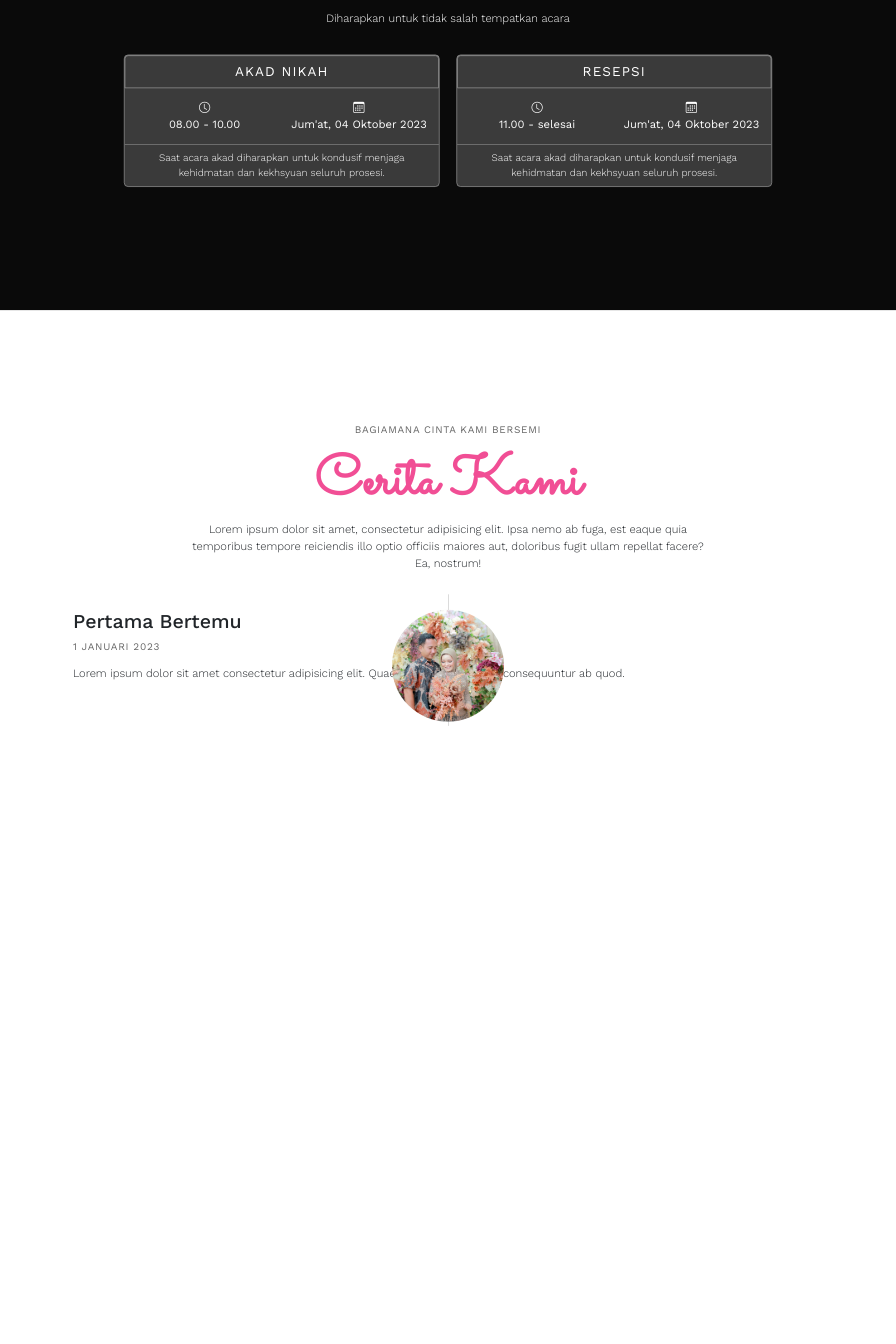
Repository: sellayspy/invitation
Page: index.html
The author's editor kept a copy of each file at every save. The page is drawn from the files as they stood at one save, then again after the next save.
The browser window is 1280 px wide. The pictures show the part of the page from y = 2080 to 4000 px (the page is 4000 px tall), at 70% of full size.

Above is the page before, as saved 2024-07-08 19:24:21.

### index.html
<!DOCTYPE html>
<html lang="en">
  <head>
    <meta charset="utf-8" />
    <meta name="viewport" content="width=device-width, initial-scale=1" />
    <title>Dela & Roni</title>
    <link
      href="https://cdn.jsdelivr.net/npm/bootstrap@5.3.3/dist/css/bootstrap.min.css"
      rel="stylesheet"
      integrity="sha384-QWTKZyjpPEjISv5WaRU9OFeRpok6YctnYmDr5pNlyT2bRjXh0JMhjY6hW+ALEwIH"
      crossorigin="anonymous"
    />
    <link rel="preconnect" href="https://fonts.googleapis.com" />
    <link rel="preconnect" href="https://fonts.gstatic.com" crossorigin />
    <link
      href="https://fonts.googleapis.com/css2?family=Sacramento&family=Work+Sans:ital,wght@0,100..900;1,100..900&display=swap"
      rel="stylesheet"
    />

    <!--Simple Coutdown-->
    <link rel="stylesheet" href="coutdown/simplyCountdown.theme.default.css" />
    <script src="coutdown/simplyCountdown.min.js"></script>

    <!--Custom CSS Icon-->
    <link rel="stylesheet" href="https://cdn.jsdelivr.net/npm/bootstrap-icons@1.11.3/font/bootstrap-icons.min.css">

    <link rel="stylesheet" href="style.css" />
  </head>
  <body>
    <section
      id="hero"
      class="hero w-100 h-100 p-3 mx-auto text-center d-flex justify-content-center align-items-center text-white"
    >
      <main>
        <h4>Kepada Bapak/Ibu/Saudara/i,</h4>
        <h1>Dela Sri Aprialini & Roni Sahroni</h1>
        <p>Akan melangsungkan resepsi pernikahan dalam:</p>
        <div class="simply-countdown"></div>
        <a href="#undangan" class="btn btn-lg mt-4">Lihat Undangan</a>
      </main>
    </section>

    <nav class="navbar navbar-expand-md bg-transparent sticky-top mynavbar">
      <div class="container">
        <a class="navbar-brand" href="#">Spy</a>
        <button
          class="navbar-toggler border-0"
          type="button"
          data-bs-toggle="offcanvas"
          data-bs-target="#offcanvasNavbar"
          aria-controls="offcanvasNavbar"
          aria-label="Toggle navigation"
        >
          <span class="navbar-toggler-icon"></span>
        </button>
        <div
          class="offcanvas offcanvas-end"
          tabindex="-1"
          id="offcanvasNavbar"
          aria-labelledby="offcanvasNavbarLabel"
        >
          <div class="offcanvas-header">
            <h5 class="offcanvas-title" id="offcanvasNavbarLabel">Spy</h5>
            <button
              type="button"
              class="btn-close"
              data-bs-dismiss="offcanvas"
              aria-label="Close"
            ></button>
          </div>
          <div class="offcanvas-body">
            <div class="navbar-nav ms-auto">
              <a class="nav-link" href="#home">Home</a>
              <a class="nav-link" href="#info">Info</a>
              <a class="nav-link" href="#story">Story</a>
              <a class="nav-link" href="#gallery">Gallery</a>
              <a class="nav-link" href="#rsvp">RSVP</a>
              <a class="nav-link" href="#gifts">Gifts</a>
            </div>
          </div>
        </div>
      </div>
    </nav>

    <section id="home" class="home">
      <div class="container">
        <div class="row justify-content-center">
          <div class="col-md-8 text-center">
            <h2>Acara Pernikahan</h2>
            <h3>
              Diselenggarakan pada 04 oktober 2024 di Tasikmalaya, Jawa Barat
            </h3>
            <p>
              Oleh karena itu, dengan segala hormat, kami bermaksud untuk
              mengundang Bapak/Ibu, Saudara/i, untuk hadir pada acara pernikahan
              kami.
            </p>
          </div>
        </div>

        <div class="row couple">
          <div class="col-lg-6">
            <div class="row">
              <div class="col-8 text-end">
                <h3>Roni Sahroni</h3>
                <p>
                  Lorem ipsum dolor, sit amet consectetur adipisicing elit. Quis
                  rerum qui, placeat harum quod saepe eius necessitatibus sunt
                  doloremque! Aperiam, laborum doloribus quos sit et adipisci
                  molestias iure sunt dolorum?
                </p>
                <p>
                  Putra dari Bpk. Lorem <br />
                  dan Ibu Ipsum
                </p>
              </div>
              <div class="col-4">
                <img
                  src="img/Desain tanpa judul (1).jpg"
                  alt="Roni Sahroni"
                  class="img-responsive rounded-circle"
                />
              </div>
            </div>
          </div>

          <span class="heart"><i class="bi bi-heart-fill"></i></span>

          <div class="col-lg-6">
            <div class="row">
              <div class="col-4">
                <img
                  src="img/Desain tanpa judul (2).jpg"
                  alt="Dela Sri"
                  class="img-responsive rounded-circle"
                />
              </div>
              <div class="col-8">
                <h3>Dela Sri</h3>
                </h3>
                <p>
                  Lorem ipsum dolor, sit amet consectetur adipisicing elit. Quis
                  rerum qui, placeat harum quod saepe eius necessitatibus sunt
                  doloremque! Aperiam, laborum doloribus quos sit et adipisci
                  molestias iure sunt dolorum?
                </p>
                <p>
                  Putra dari Bpk. Lorem <br />
                  dan Ibu Ipsum
                </p>
              </div>
            </div>
          </div>
        </div>
      </div>
    </section>

    <section id="info" class="info">
      <div class="container">
        <div class="row justify-content-center">
          <div class="col-md-8 col-10 text-center">
            <h2>Informasi Acara</h2>
            <p class="alamat">Alamat: Gedung Kologdam, Kodiklat TNI AL AD. <br> Jl. Kologdam No. 1, Kec. Bandung</p>
            <a href="https://maps.app.goo.gl/j2RVmCKoAZy6CYFM9" target="_blank" class="btn btn-light btn-sm my-3">Klik untuk membuka peta</a>
            <p class="description">Diharapkan untuk tidak salah tempatkan acara</p>
          </div>
        </div>

        <div class="row justify-content-center mt-4">
          <div class="col-md-5 col-10">
            <div class="card text-center text-bg-light mb-5">
         <div class="card-header">Akad Nikah</div>
              <div class="card-body">
                <div class="row justify-content-center">
                  <div class="col-md-6">
                    <i class="bi bi-clock d-block"></i>
                    <span>08.00 - 10.00</span>
                  </div>
                  <div class="col-md-6">
                    <i class="bi bi-calendar3 d-block"></i>
                    <span>Jum'at, 04 Oktober 2023</span>
                  </div>
                </div>
             </div>
         <div class="card-footer">
          Saat acara akad diharapkan untuk kondusif menjaga kehidmatan dan kekhsyuan seluruh prosesi.
        </div>
          </div>
          </div>

          <div class="col-md-5 col-10">
            <div class="card text-center text-bg-light">
         <div class="card-header">Resepsi</div>
              <div class="card-body">
                <div class="row justify-content-center">
                  <div class="col-md-6">
                    <i class="bi bi-clock d-block"></i>
                    <span>11.00 - selesai</span>
                  </div>
                  <div class="col-md-6">
                    <i class="bi bi-calendar3 d-block"></i>
                    <span>Jum'at, 04 Oktober 2023</span>
                  </div>
                </div>
             </div>
         <div class="card-footer">
          Saat acara akad diharapkan untuk kondusif menjaga kehidmatan dan kekhsyuan seluruh prosesi.
        </div>
          </div>
          </div>
        </div>
      </div>
    </section>

    <section id="story" class="story">
      <div class="container">
        <div class="row justify-content-center">
          <div class="col-md-8 col-10 text-center">
            <span>Bagiamana Cinta Kami Bersemi</span>
            <h2>Cerita Kami</h2>
            <p>Lorem ipsum dolor sit amet, consectetur adipisicing elit. Ipsa nemo ab fuga, est eaque quia temporibus tempore reiciendis illo optio officiis maiores aut, doloribus fugit ullam repellat facere? Ea, nostrum!</p>
          </div>
        </div>
        <div class="row">
          <div class="col">
            <ul class="timeline">
              <li>
                <div class="timeline-image" style="background-image: url(img/img-4.jpg);"></div>
                <div class="timeline-panel">
                  <div class="timeline-heading">
                  <h3>Pertama Bertemu</h3>
                  <span>1 Januari 2023</span>
                </div>
                <div class="timeline-body">
                  <p>Lorem ipsum dolor sit amet consectetur adipisicing elit. Quae modi cumque alias consequuntur ab quod.</p>
                </div>
                </div>

              </li>
            </ul>
          </div>
        </div>
      </div>
    </section>

    <script
      src="https://cdn.jsdelivr.net/npm/bootstrap@5.3.3/dist/js/bootstrap.bundle.min.js"
      integrity="sha384-YvpcrYf0tY3lHB60NNkmXc5s9fDVZLESaAA55NDzOxhy9GkcIdslK1eN7N6jIeHz"
      crossorigin="anonymous"
    ></script>

    <script>
      simplyCountdown(".simply-countdown", {
        year: 2024, // required
        month: 10, // required
        day: 4, // required
        hours: 8, // Default is 0 [0-23] integer
        words: {
          //words displayed into the countdown
          days: { singular: "hari", plural: "hari" },
          hours: { singular: "jam", plural: "jam" },
          minutes: { singular: "menit", plural: "menit" },
          seconds: { singular: "detik", plural: "detik" },
        },
      });
    </script>

    <script>

      const hamburger = document.querySelector(".navbar-toggler");

      const stickyTop = document.querySelector(".sticky-top");

      hamburger.addEventListener("click", () => {
        stickyTop.style.overflow = 'visible'
      });

      const offCanvas = document.querySelector(".offcanvas");

      offCanvas.addEventListener("hidden.bs.offcanvas", () => {
        stickyTop.style.overflow = 'hidden'
      });

    </script>
  </body>
</html>

### coutdown/simplyCountdown.theme.default.css
.simply-countdown {
  overflow: hidden;
  display: table;
  font-family: "Arial", sans-serif;
  margin: auto;
}
.simply-countdown > .simply-section {
  width: 50px;
  height: 50px;
  padding: 80px;
  display: flex;
  align-items: center;
  justify-content: center;
  float: left;
  margin: 10px;
  background: var(--pink);
  box-shadow: 0 1px 3px rgba(0, 0, 0, 0.12), 0 1px 2px rgba(0, 0, 0, 0.24);
  border-radius: 50%;
}
.simply-countdown > .simply-section .simply-amount,
.simply-countdown > .simply-section .simply-word {
  display: block;
  text-align: center;
}
.simply-countdown > .simply-section .simply-amount {
  font-size: 1.6rem;
}

### style.css
:root {
  --pink: #f14e95;

  --bg: #0a0a0a;

  --shadow: 0 2px 2px rgb(0 0 0/ 0.5);
}

body {
  font-size: 1.2rem;
  font-family: "Work Sans", sans-serif;
  min-height: 4000px;
}

.hero::before {
  content: "";
  position: absolute;
  top: 0;
  left: 0;
  height: 100%;
  width: 100%;
  background-image: url(img/gambar-1.jpg);
  background-size: cover;
  background-position: center;
  z-index: -1;
  filter: blur(2px);
}

.hero {
  position: relative;
  min-height: 100vh;
}

.hero h1,
.hero h4,
.hero p {
  text-shadow: var(--shadow);
}

.hero h1 {
  font-family: "Sacramento", cursive;
  font-size: 6rem;
}

.hero h4 {
  font-size: 1.6rem;
}

.hero p {
  font-size: 1.4rem;
}

.hero a {
  color: var(--pink);

  background-color: white;

  box-shadow: var(--shadow);
}

.hero a:hover {
  background-color: var(--pink);
  color: white;
}

.mynavbar {
  background-color: rgba(255, 255, 255, 0.4) !important;
  backdrop-filter: blur(4px);
}

.mynavbar .offcanvas {
  height: 100vh;
}

.mynavbar .navbar-brand,
.mynavbar .offcanvas-title {
  font-family: "Sacramento", cursive;
  font-size: 3.2rem;
  font-weight: bold;
}

.mynavbar .nav-link {
  text-transform: uppercase;
}

.home {
  background-image: url(img/Desain\ tanpa\ judul.png);
  background-size: cover;
  min-height: 100vh;
  margin-top: -6rem;
  padding-top: 15rem;
  padding-bottom: 5rem;
}

.home h2,
.info h2,
.story h2 {
  color: var(--pink);
  font-family: "Sacramento", cursive;
  font-size: 5rem;
  font-weight: bold;
}

.home h3 {
  color: #444;
  font-size: 1.5rem;
  margin-bottom: 1rem;
}

.home p {
  font-size: 1.1rem;
  color: #666;
}

.home .couple {
  margin-top: 100px;
}

.home .couple h3 {
  font-family: "Sacramento";
  font-size: 2.4rem;
  color: var(--pink);
}

.home .couple img {
  width: 100%;
}

.home .heart {
  width: 50px;
  height: 50px;
  background-color: white;
  display: flex;
  border-radius: 50%;
  box-shadow: 0 0 5px rgba(0, 0, 0, 0.5);
  position: absolute;
  left: 50%;
  transform: translateX(-50%) translateY(65px);
}

.home .heart i {
  margin: auto;
  color: var(--pink);
}

.info {
  background-color: var(--bg);
  color: white;
  padding-top: 10rem;
  padding-bottom: 8rem;
}

.info .alamat {
  font-size: 1.1rem;
}

.info .description {
  font-size: 1rem;
  font-weight: 300;
}

.info .card {
  background-color: rgba(255, 255, 255, 0.2) !important;
  color: white !important;
  border: 1px solid #999;
}

.info .card-header {
  border: 1px solid #999;
  text-transform: uppercase;
  letter-spacing: 0.1rem;
}

.info .card-body {
  font-size: 1rem;
}

.info .card-footer {
  border-top: 1px solid #999;
  font-size: 0.9rem;
  font-weight: 300;
}

.story {
  padding-top: 10rem;
  padding-bottom: 8rem;
}

.story span {
  text-transform: uppercase;
  color: #666;
  font-size: 0.9rem;
  letter-spacing: 1px;
  margin-bottom: 1rem;
  display: block;
}

.story p {
  font-size: 1rem;
  font-weight: 300;
}

.timeline {
  list-style: none;
  padding: 1.4rem;
  margin-top: 1rem;
  position: relative;
}

.timeline::before {
  content: "";
  top: 0;
  bottom: 0;
  position: absolute;
  width: 1px;
  background-color: #ccc;
  left: 50%;
}

.timeline li {
  margin-bottom: 1.5rem;
  position: relative;
}

.timeline li::before,
.timeline li::after {
  content: "";
  display: table;
}

.timeline li::after {
  clear: both;
}

.timeline li .timeline-image {
  width: 160px;
  height: 160px;
  background-color: #ccc;
  position: absolute;
  left: 50%;
  transform: translateX(-50%);
  border-radius: 50%;
  background-size: cover;
  background-position: center;
  background-repeat: no-repeat;
}
/* Media Query */

/* Extra large devices (large laptops and desktops, 1200px and up) */

@media (max-width: 1200px) {
  .home .heart {
    transform: translateX(-50%) translateY(45px);
  }
}

/* Laptop */
@media (max-width: 992px) {
  html {
    font-size: 75%;
  }
  .simply-countdown > .simply-section {
    padding: 70px;
  }

  .home .heart {
    display: none;
  }
}

/* Tablet */
@media (max-width: 768px) {
  html {
    font-size: 65%;
  }
  .simply-countdown > .simply-section {
    padding: 60px;
    margin: 5px;
  }

  .mynavbar .nav-link {
    font-size: 2rem;
    text-align: center;
  }

  .sticky-top {
    overflow: hidden;
  }
}

/* mobile phone */
@media (max-width: 576px) {
  html {
    font-size: 55%;
  }
  .simply-countdown > .simply-section {
    padding: 45px;
    margin: 3px;
  }
}

Loaded but not shown: coutdown/simplyCountdown.min.js (library)

After the next save:
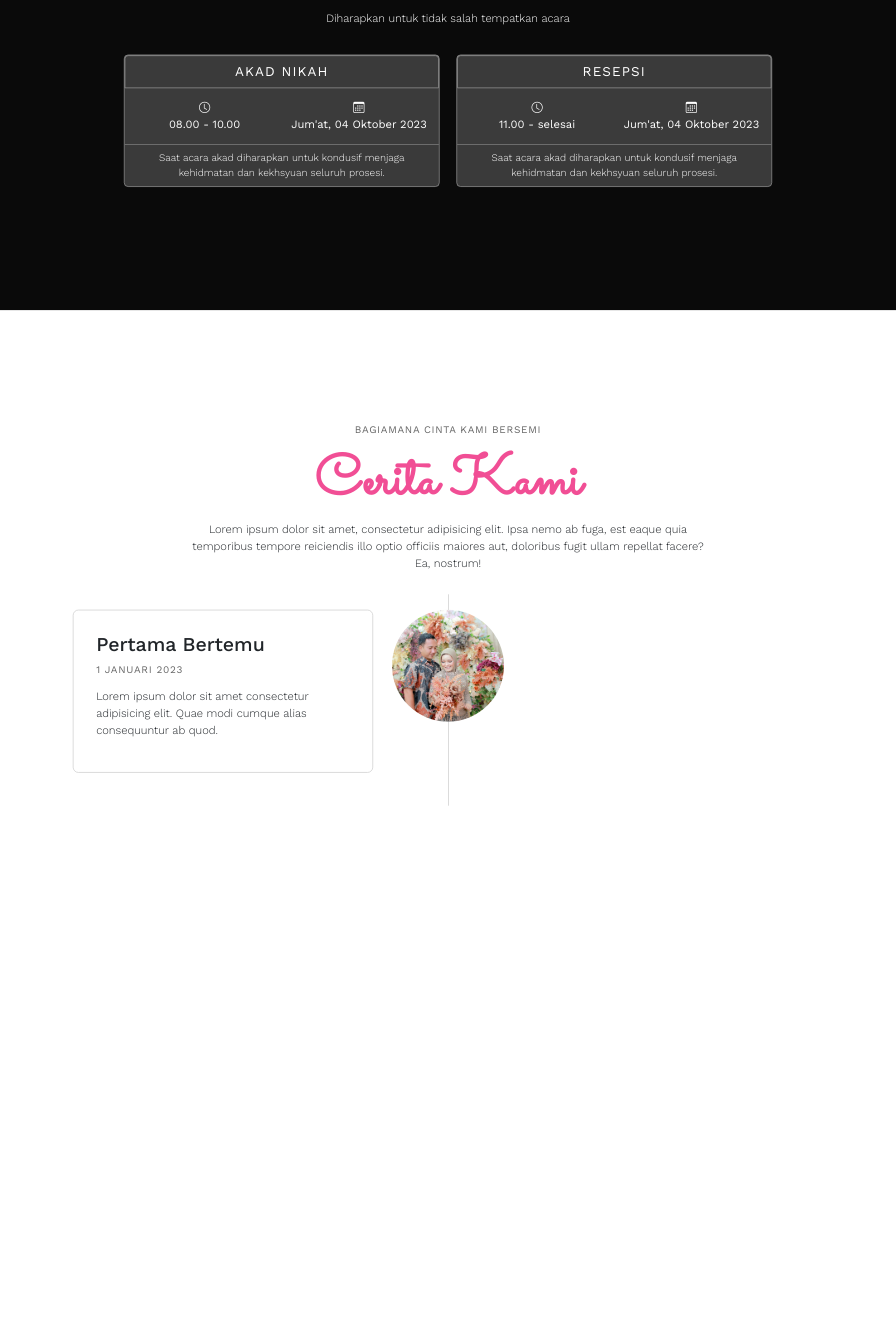
Saved 2 min 53 s later.
--- a/style.css
+++ b/style.css
@@ -244,6 +244,22 @@ body {
   background-position: center;
   background-repeat: no-repeat;
 }
+
+.timeline li .timeline-panel {
+  width: 40%;
+  float: left;
+  border: 1px solid #ccc;
+  padding: 2rem;
+  position: relative;
+  border-radius: 8px;
+}
+
+.timeline li .timeline-panel::before {
+  content: "";
+  display: inline-block;
+  position: absolute;
+}
+
 /* Media Query */
 
 /* Extra large devices (large laptops and desktops, 1200px and up) */
